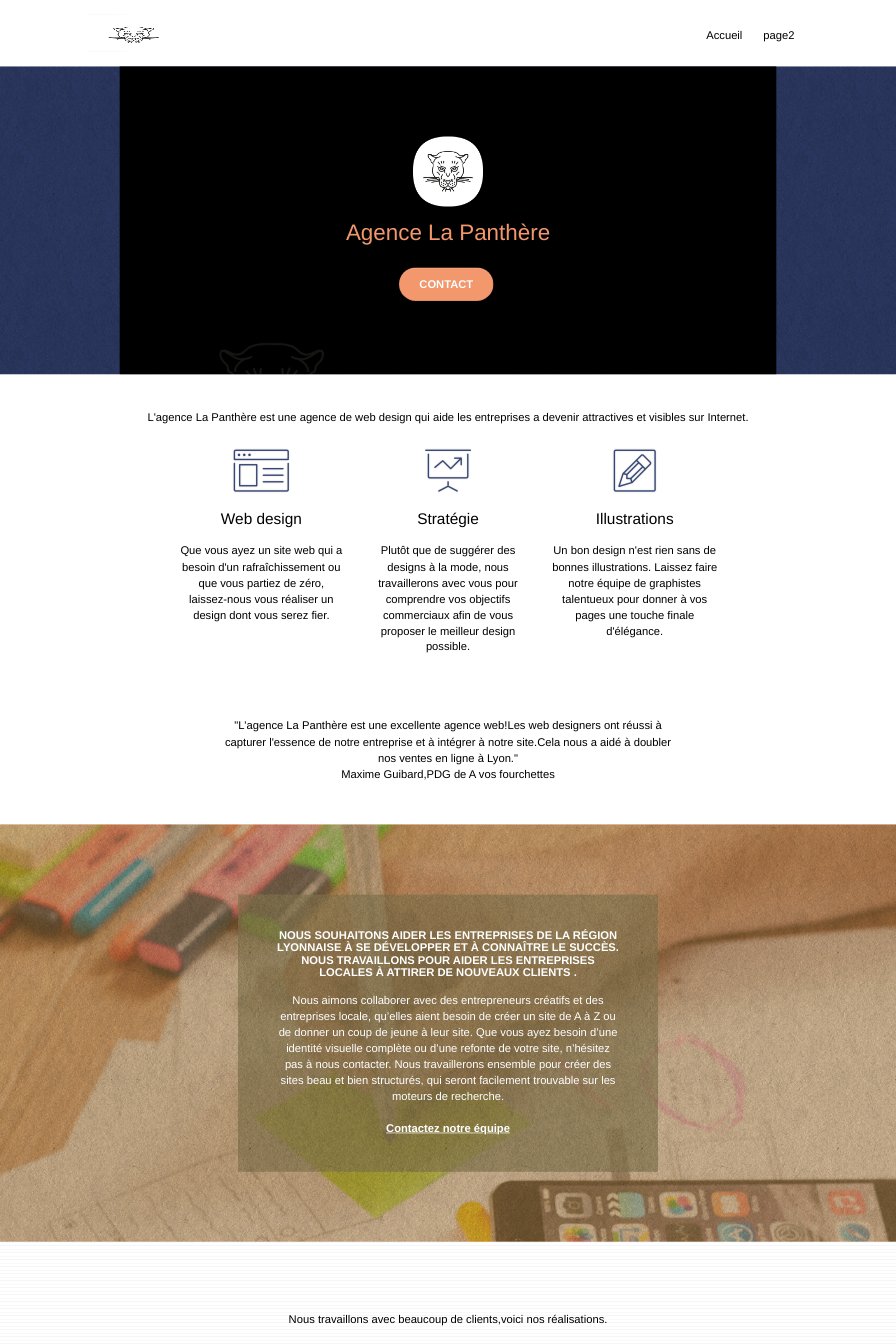
Repository: EtudianteHU/Uyarci_Hilal_4_code_012023
Page: index.html
These files come from the project's save history. The page is drawn as it stood at one moment and after the next save; the edit follows.
The browser window is 1280 px wide. The pictures show the part of the page from y = 0 to 1920 px (the page is 3512 px tall), at 70% of full size.
Backgrounds fixed to the window are drawn as part of the page.

Above is the page before, as saved 2023-02-23 23:56:19.

### index.html
<!DOCTYPE html>
<html lang="fr">
    <head>
        <meta charset="utf-8" />
        <meta name="robots" content="index,follow" />
        <meta
            name="description"
            content="La Panthère,agence web basé à lyon,une entreprise de webdesign"
        />
        <meta
            name="viewport"
            content="width=device-width, initial-scale=1.0, viewport-fit=cover"
        />
        <link rel="shortcut icon" type="image/png" href="favicon.webp" />

        <link rel="stylesheet" type="text/css" href="./css/bootstrap.css" />
        <link rel="stylesheet" type="text/css" href="style.css" />
        <link rel="stylesheet" type="text/css" href="./css/font-awesome.css" />
        <link rel="stylesheet" type="text/css" href="./css/et-line.css" />

        <script defer src="./js/jquery-2.1.0.js"></script>
        <script defer src="./js/bootstrap.js"></script>
        <script defer src="./js/blocs.js"></script>
        <script defer src="./js/jquery.touchSwipe.js"></script>

        <title>Agence La Panthère,meilleure entreprise à Lyon</title>

        <!-- Analytics -->

        <!-- Analytics END -->
    </head>
    <body>
        <!-- Principal conteneur -->
        <main class="page-container">
            <!-- bloc-0 -->
            <header class="bloc bgc-white l-bloc" id="bloc-0">
                <div class="container bloc-sm">
                    <nav class="navbar row">
                        <div class="navbar-header">
                            <div
                                class="keywords"
                                style="color: #cccccc; font-size: 1px"
                            >
                                Agence web à paris, stratégie web, web design,
                                illustrations, design de site web, site web,
                                web, internet, site internet, site
                            </div>
                            <a class="navbar-brand" href="index.html" title=""
                                ><img src="img/logo.webp" alt="" height="40"
                            /></a>
                            <div
                                class="keywords"
                                style="color: #cccccc; font-size: 1px"
                            >
                                Agence web à paris, stratégie web, web design,
                                illustrations, design de site web, site web,
                                web, internet, site internet, site
                            </div>
                            <button
                                id="nav-toggle"
                                type="button"
                                class="ui-navbar-toggle navbar-toggle"
                                data-toggle="collapse"
                                data-target=".navbar-1"
                                aria-pressed="true"
                            >
                                <span class="sr-only">Toggle navigation</span
                                ><span class="icon-bar"></span
                                ><span class="icon-bar"></span
                                ><span class="icon-bar"></span>
                            </button>
                        </div>
                        <div
                            class="collapse navbar-collapse navbar-1 special-dropdown-nav"
                        >
                            <ul class="site-navigation nav navbar-nav">
                                <li>
                                    <a href="index.html" title="">Accueil</a>
                                </li>
                                <li>
                                    <a href="contact.html" title="">page2</a>
                                </li>
                            </ul>
                        </div>
                    </nav>
                </div>
            </header>
            <!-- bloc-0 END -->

            <!-- bloc-1-presentation -->
            <div
                class="bloc bgc-dark-slate-blue bg-banniere d-bloc bg-t-edge bloc-bg-texture texture-paper b-parallax"
                id="bloc-1-hero"
            >
                <div class="container bloc-lg">
                    <div class="row tight-width-whitespace">
                        <div class="col-sm-12">
                            <img
                                src="img/logo.webp"
                                class="center-block image-resize-mode"
                                width="100"
                                alt="logo de panthere"
                            />
                            <h1 class="text-center hero-bloc-text tc-white">
                                Agence La Panthère
                            </h1>
                            <div class="text-center">
                                <a
                                    href="contact.html"
                                    class="btn btn-lg btn-clean btn-rd cta-hero btn-atomic-tangerine"
                                    id="cta-hero"
                                    title=""
                                    >Contact</a
                                >
                            </div>
                        </div>
                    </div>
                </div>
            </div>
            <!-- bloc-1-presentation END -->

            <!-- bloc-2-services -->
            <div class="bloc bgc-white l-bloc" id="bloc-2-services">
                <div class="container bloc-md">
                    <div class="row">
                        <div class="col-sm-12 text-center">
                            <p>
                                L'agence La Panthère est une agence de web
                                design qui aide les entreprises a devenir
                                attractives et visibles sur Internet.
                            </p>
                        </div>
                    </div>
                    <div class="row voffset-lg med-width-whitespace">
                        <div class="col-sm-4">
                            <div class="text-center">
                                <span
                                    class="et-icon-browser sm-shadow icon-dark-slate-blue icons icon-lg"
                                ></span>
                            </div>
                            <h2 class="mg-md text-center">Web design</h2>
                            <p class="text-center">
                                Que vous ayez un site web qui a besoin d'un
                                rafraîchissement ou que vous partiez de zéro,
                                laissez-nous vous réaliser un design dont vous
                                serez fier.
                            </p>
                        </div>
                        <div class="col-sm-4">
                            <div class="text-center">
                                <span
                                    class="et-icon-presentation sm-shadow icon-dark-slate-blue icons icon-lg"
                                ></span>
                            </div>
                            <h2 class="mg-md text-center">Stratégie</h2>
                            <p class="text-center">
                                Plutôt que de suggérer des designs à la mode,
                                nous travaillerons avec vous pour comprendre vos
                                objectifs commerciaux afin de vous proposer le
                                meilleur design possible.<br />
                            </p>
                        </div>
                        <div class="col-sm-4">
                            <div class="text-center">
                                <span
                                    class="et-icon-edit sm-shadow icon-dark-slate-blue icons icon-lg"
                                ></span>
                            </div>
                            <h2 class="mg-md text-center">Illustrations</h2>
                            <p class="text-center">
                                Un bon design n'est rien sans de bonnes
                                illustrations. Laissez faire notre équipe de
                                graphistes talentueux pour donner à vos pages
                                une touche finale d'élégance.
                            </p>
                        </div>
                    </div>
                    <div class="row voffset-lg voffset">
                        <div
                            class="col-xs-12 col-md-8 col-md-offset-2 text-center"
                        >
                            <p>
                                "L'agence La Panthère est une excellente agence
                                web!Les web designers ont réussi à capturer
                                l'essence de notre entreprise et à intégrer à
                                notre site.Cela nous a aidé à doubler nos ventes
                                en ligne à Lyon."<br />
                                Maxime Guibard,PDG de A vos fourchettes
                            </p>
                        </div>
                    </div>
                </div>
            </div>
            <!-- bloc-2-services END -->

            <!-- bloc-3-what-i-do -->
            <div
                class="bloc tc-white bgc-atomic-tangerine bg-presentation d-bloc bloc-bg-texture texture-paper b-parallax"
                id="bloc-3-what-i-do"
            >
                <div class="container bloc-lg">
                    <div class="row tight-width-whitespace black-background">
                        <div class="col-sm-12">
                            <h3 class="mg-md text-center tc-white">
                                Nous souhaitons aider les entreprises de la
                                région Lyonnaise à se développer et à connaître
                                le succès. Nous travaillons pour aider les
                                entreprises locales à attirer de nouveaux
                                clients .<br />
                            </h3>
                            <p class="text-center white">
                                Nous aimons collaborer avec des entrepreneurs
                                créatifs et des entreprises locale, qu’elles
                                aient besoin de créer un site de A à Z ou de
                                donner un coup de jeune à leur site. Que vous
                                ayez besoin d’une identité visuelle complète ou
                                d’une refonte de votre site, n’hésitez pas à
                                nous contacter. Nous travaillerons ensemble pour
                                créer des sites beau et bien structurés, qui
                                seront facilement trouvable sur les moteurs de
                                recherche. <br /><br /><a
                                    class="ltc-white bold-link"
                                    href="contact.html"
                                    title=""
                                    >Contactez notre équipe</a
                                ><br />
                            </p>
                        </div>
                    </div>
                </div>
            </div>
            <!-- bloc-3-what-i-do END -->

            <!-- bloc-4-portfolio -->
            <div
                class="bloc bgc-white bg-lines-h2-bg bg-repeat l-bloc"
                id="bloc-4-portfolio"
            >
                <div class="container bloc-lg">
                    <div class="row">
                        <div class="col-sm-12 text-center">
                            <p>
                                Nous travaillons avec beaucoup de clients,voici
                                nos réalisations.
                            </p>
                        </div>
                    </div>
                    <div class="row tight-width-whitespace portfolio-row">
                        <div class="col-sm-6">
                            <a
                                href="#"
                                data-lightbox="img/1.webp"
                                data-gallery-id="gallery-1"
                                data-caption="Refonte d'un site web pour un journal local"
                                data-frame="snapshot-lb"
                                title="Un journal"
                                ><img
                                    src="img/1.webp"
                                    alt="Photo de journal"
                                    class="img-responsive portfolio-thumb"
                            /></a>
                            <h3 class="mg-md text-center">
                                Refonte d'un site web pour un journal local
                            </h3>
                            <p class="text-center">
                                Nous avons créé une nouvelle identité visuelle
                                pour un journal lyonnais.
                            </p>
                        </div>
                        <div class="col-sm-6">
                            <a
                                href="#"
                                data-lightbox="img/2.webp"
                                data-gallery-id="gallery-1"
                                data-caption="Création d'un site web pour photographes"
                                data-frame="snapshot-lb"
                                title="un site web pour photographes"
                                ><img
                                    src="img/2.webp"
                                    class="img-responsive portfolio-thumb"
                                    alt="site de photographe"
                            /></a>
                            <h3 class="mg-md text-center">
                                Création d'un site web pour photographes
                            </h3>
                            <p class="text-center">
                                Nous avons conçu la plateforme idéale pour
                                laisser place aux clichés des photographes.
                            </p>
                        </div>
                    </div>
                    <div class="row tight-width-whitespace portfolio-row">
                        <div class="col-sm-6">
                            <a
                                href="#"
                                data-lightbox="img/3.webp"
                                data-gallery-id="gallery-1"
                                data-caption="Création d'un site internet pour un voyageur"
                                data-frame="snapshot-lb"
                                title=""
                                ><img
                                    src="img/3.webp"
                                    class="img-responsive portfolio-thumb"
                                    alt=""
                            /></a>
                            <h3 class="mg-md text-center">
                                Création d'un site internet pour un voyageur
                            </h3>
                            <p class="text-center">
                                Nous avons élaboré un site internet et des
                                illustrations pour sublimer les vidéos et les
                                articles de ce voyageur.
                            </p>
                        </div>
                        <div class="col-sm-6">
                            <a
                                href="#"
                                data-lightbox="img/4.webp"
                                data-gallery-id="gallery-1"
                                data-caption="Conception d'un site pour une agence de mariage"
                                data-frame="snapshot-lb"
                                title=""
                                ><img
                                    src="img/4.webp"
                                    class="img-responsive portfolio-thumb"
                                    alt=""
                            /></a>
                            <h3 class="mg-md text-center">
                                Conception d'un site pour une agence de mariage
                            </h3>
                            <p class="text-center">
                                Nous avons travaillé avec cette agence pour
                                créer un site internet permettant la
                                présentation détaillée de leurs prestations.
                            </p>
                        </div>
                    </div>
                </div>
            </div>
            <!-- bloc-4-portfolio END -->

            <!-- bloc-5-cta -->
            <div
                class="bloc bgc-dark-slate-blue bg-banniere d-bloc bloc-bg-texture texture-paper"
                id="bloc-5-cta"
            >
                <div class="container bloc-lg">
                    <div class="row">
                        <h3 class="mg-md text-center tc-white">
                            Prêt pour redonner vie à votre projet ?<br />Contactez
                            notre équipe !
                        </h3>
                        <div class="col-sm-12 text-center">
                            <a
                                href="contact.html"
                                class="btn btn-atomic-tangerine btn-clean btn-rd btn-lg cta-hero"
                                title=""
                                >Contact</a
                            >
                        </div>
                    </div>
                </div>
            </div>
            <!-- bloc-5-cta END -->

            <!-- Footer - bloc-8 -->
            <footer class="bloc bgc-atomic-tangerine d-bloc" id="bloc-8">
                <div class="container bloc-sm">
                    <div class="row">
                        <div class="col-sm-12">
                            <p class="text-center white">
                                Agence La Panthère - Agence web basée à Lyon.<br />
                            </p>
                            <div class="row row-no-gutters social">
                                <div class="col-sm-3">
                                    <div class="text-center">
                                        <span
                                            class="fa fa-twitter icon-md"
                                        ></span>
                                    </div>
                                </div>
                                <div class="col-sm-3">
                                    <div class="text-center">
                                        <span
                                            class="fa fa-facebook icon-md"
                                        ></span>
                                    </div>
                                </div>
                                <div class="col-sm-3">
                                    <div class="text-center">
                                        <span
                                            class="fa fa-dribbble icon-md"
                                        ></span>
                                    </div>
                                </div>
                                <div class="col-sm-3">
                                    <div class="text-center">
                                        <span
                                            class="fa fa-instagram icon-md"
                                        ></span>
                                    </div>
                                </div>
                                <div class="keywords" style="color: #f3976c">
                                    Agence web à paris, stratégie web, web
                                    design, illustrations, design de site web,
                                    site web, web, internet, site internet, site
                                </div>
                            </div>
                        </div>
                    </div>
                </div>
            </footer>
            <!-- Footer - bloc-8 END -->
        </main>
        <!-- Principal conteneur END -->
    </body>
</html>

Loaded but not shown: css/bootstrap.css (library); css/font-awesome.css (library); js/jquery-2.1.0.js (library); js/bootstrap.js (library); js/blocs.js (library); js/jquery.touchSwipe.js (library); style.css (903 lines, source omitted); css/et-line.css (519 lines, source omitted)

After the next save:
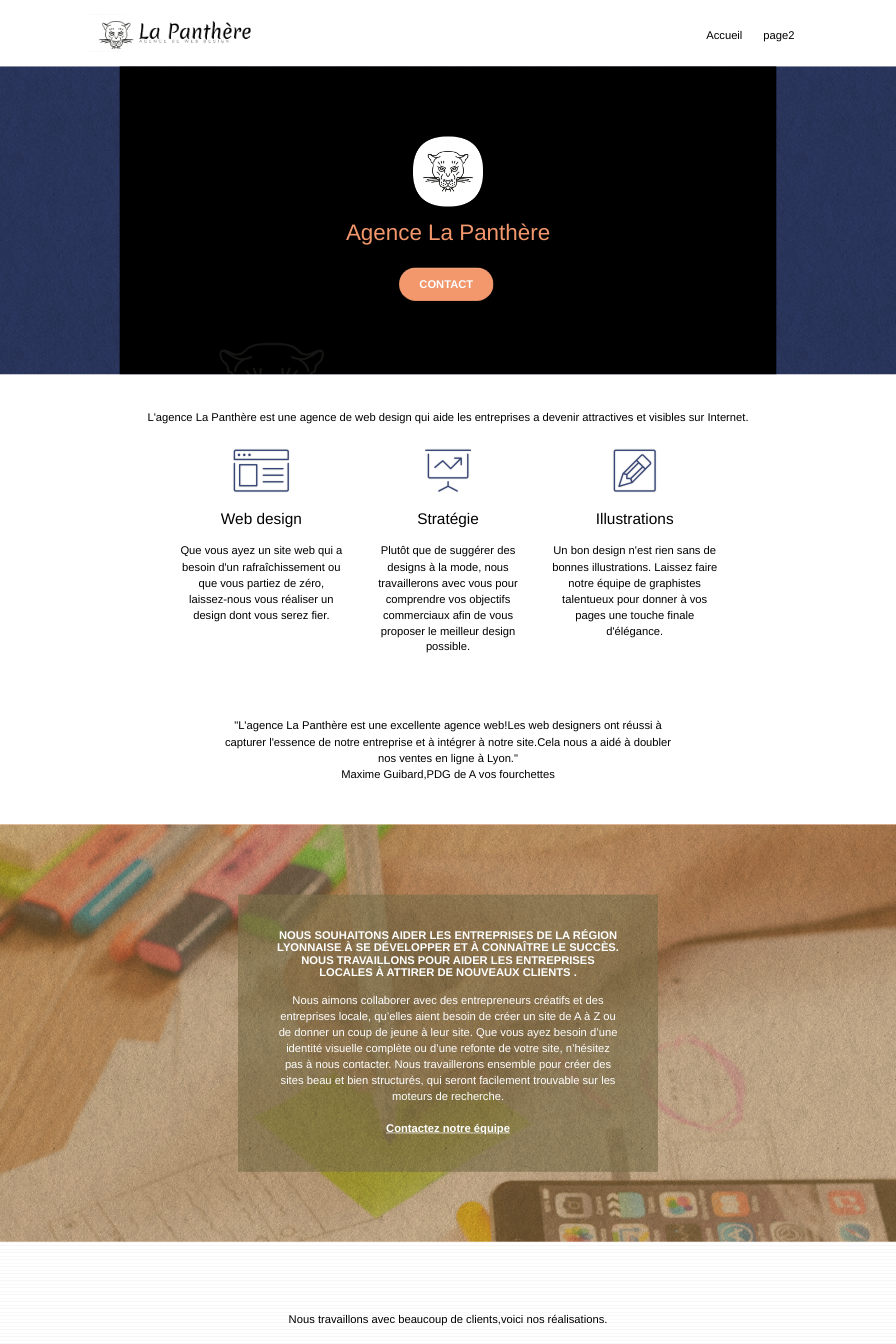
Saved 24 s later.
--- a/index.html
+++ b/index.html
@@ -46,7 +46,10 @@
                                 web, internet, site internet, site
                             </div>
                             <a class="navbar-brand" href="index.html" title=""
-                                ><img src="img/logo.webp" alt="" height="40"
+                                ><img
+                                    src="img/agence-la-panthere-monochrome.webp"
+                                    alt=""
+                                    height="40"
                             /></a>
                             <div
                                 class="keywords"
